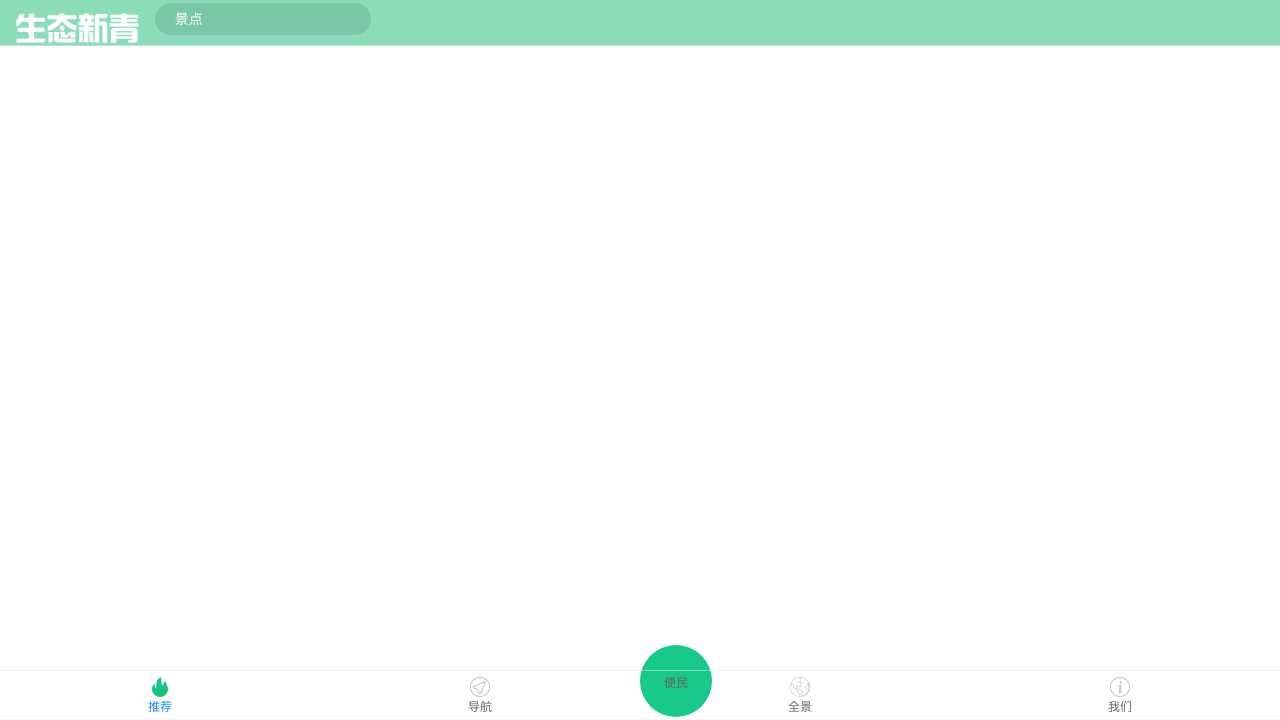
Repository: huye123/stcq
Page: /
The author's editor kept a copy of each file at every save. The page is drawn from the files as they stood at one save, then again after a run of saves.
The browser window is 1280 px wide. The pictures show the whole page.
The project was rebuilt for these pictures with package versions that can differ from the ones it lists, and the page was loaded fresh each time. Also part of the build but not shown: src/components/search.vue.

Above is the page before, as saved 2019-06-28 16:33:14.

### index.html
<!DOCTYPE html>
<html>
  <head>
    <meta charset="utf-8">
    <meta name="viewport" content="width=device-width,initial-scale=1.0">
    <title>stcqapp</title>
  </head>
  <body>
    <div id="app"></div>
    <!-- built files will be auto injected -->
  </body>
</html>

### src/main.js
// The Vue build version to load with the `import` command
// (runtime-only or standalone) has been set in webpack.base.conf with an alias.
import Vue from 'vue'
import App from './App'
import router from './router'
import Vant from 'vant';
import 'vant/lib/index.css';
Vue.use(Vant)

Vue.config.productionTip = false

// require('src\style\index.less')
/* eslint-disable no-new */
new Vue({
  el: '#app',
  router,
  components: { App },
  template: '<App/>'
})

### src/App.vue
<template>
  <div id="app">
     <router-view/>
  <van-tabbar v-model="active">
  <van-tabbar-item >
    <span>推荐</span>
    <img
      slot="icon"
      slot-scope="props"
      :src="props.active ? icon.active : icon.normal"
    >
  </van-tabbar-item>
  <van-tabbar-item >
    <span>导航</span>
    <img
      slot="icon"
      slot-scope="search"
      :src="search.active ? icon.active1 : icon.navigation"
    >
  </van-tabbar-item>
  <van-tabbar-item  class="bianmin">
    <span>便民</span>
  </van-tabbar-item>
  <van-tabbar-item >
    <span>全景</span>
    <img
      slot="icon"
      slot-scope="panorama"
      :src="panorama.active ? icon.active3 : icon.panorama"
    >
  </van-tabbar-item>
  <van-tabbar-item >
    <span>我们</span>
    <img
      slot="icon"
      slot-scope="user"
      :src="user.active ? icon.active4 : icon.user"
    >
  </van-tabbar-item>
  <!-- <van-tabbar-item icon="search">标签</van-tabbar-item>
  <van-tabbar-item icon="setting-o">标签</van-tabbar-item>
  <van-tabbar-item icon="search">标签</van-tabbar-item> -->
</van-tabbar>
  </div>
</template>

<script>
export default {
  name: 'App',
  data() {
    return {
      active: 0,
      icon: {
        normal: 'static/image/tuijian-n.png',
        active: 'static/image/tuijian-s.png',
        navigation: 'static/image/daolan-n.png',
        active1: 'static/image/daolan-s.png',
        panorama: 'static/image/quanjing-n.png',
        active3: 'static/image/quanjing-s.png',
        user: 'static/image/women-n.png',
        active4: 'static/image/women-s.png'
      },
      //  iconNav: {
      //   normal: 'static/image/daolan-n.png',
      //   active: 'static/image/daolan-s.png'
      // }
    }
  },
}
</script>

<style>
#app {
  font-family: 'Avenir', Helvetica, Arial, sans-serif;
  -webkit-font-smoothing: antialiased;
  -moz-osx-font-smoothing: grayscale;
  text-align: center;
  color: #2c3e50;
  margin-top: 60px;
}
.bianmin{
      background: #18c98a;
    border-radius: 50%;
    /* width: 100%; */
    height: 72px;
    width: 72px;
    position: absolute;
    top: -50%;
    left: 50%;

}
</style>

### src/router/index.js
import Vue from 'vue'
import Router from 'vue-router'
import HelloWorld from '@/components/HelloWorld'
import Search from '@/components/search'

Vue.use(Router)

export default new Router({
  routes: [
    {
      path: '/',
      name: 'HelloWorld',
      component: HelloWorld
    },
    {
      path: '@/components/search',
      name: 'search',
      meta: {
       title: '搜索',
      },
     }

  ]
})

### src/components/HelloWorld.vue
<template>
  <div class="hello">
    <van-nav-bar fixed class="index">
      <div slot="left">
        <!-- <span class="title">生态新青</span> -->
        <van-col span="8" class="logo">
          <img src="../../static/image/logo.png" alt="">
        </van-col>
        <router-link :to="{ name: '搜索'}">
          <van-col span="14" class="indexBtn" :offset="1">
            <button>景点</button>
          </van-col>
        </router-link>
      </div>
  <!-- <van-icon name="search" slot="right" /> -->
</van-nav-bar>
  </div>
</template>

<script>
export default {
  name: 'HelloWorld',
  data () {
    return {

    }
  }
}
</script>

<!-- Add "scoped" attribute to limit CSS to this component only -->

<style scoped>
 .index{
   background-color: rgba(25, 186, 117, 0.5);
   /* opacity: 0.5; */

 }
  .logo img{
     width: 100%;
      display: block;
      margin-top: 10px;

   }
   .indexBtn button{
     background-color:  rgba(105, 184, 153, 0.5);
     border: 0px;
     width: 100%;
     border-radius: 25px;
     line-height: 30px;
     color: #fff;
     text-align: left;
     padding-left: 20px;
   }

</style>

After the next 7 saves:
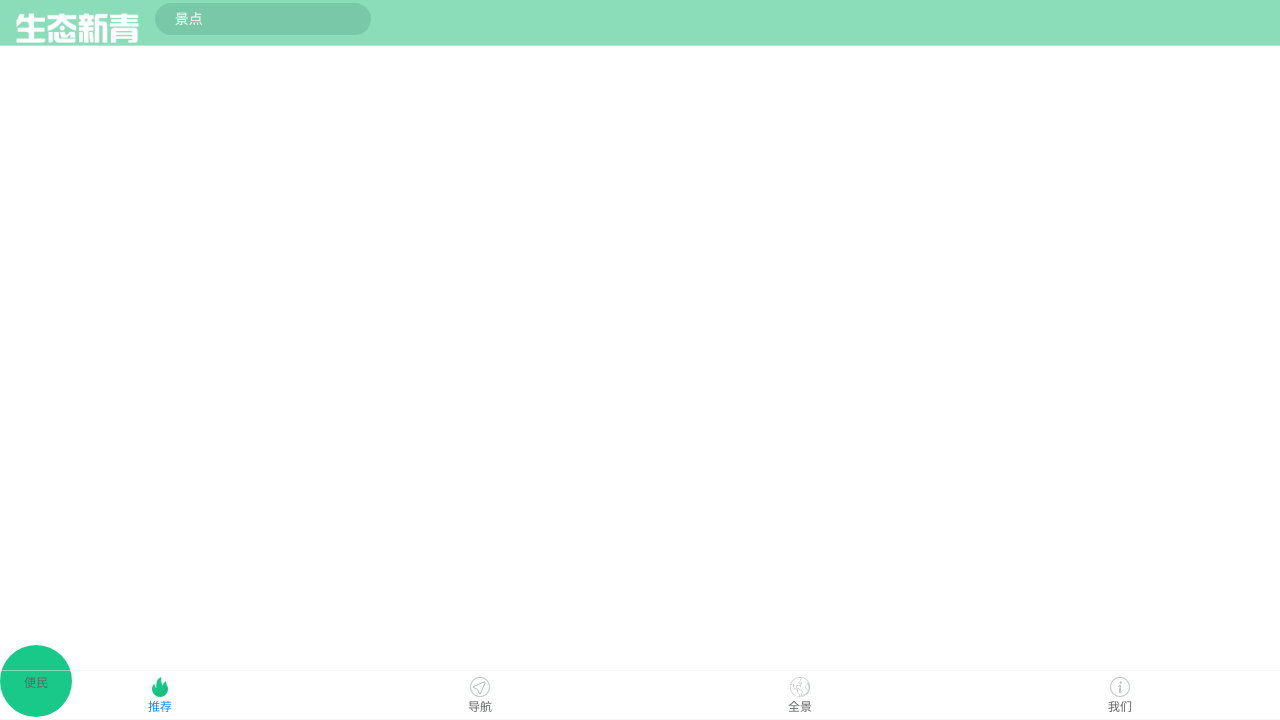
The 7 saves are shown as one change because they came seconds apart.
The last was saved 34 s later.
--- a/src/App.vue
+++ b/src/App.vue
@@ -86,7 +86,7 @@ export default {
     width: 72px;
     position: absolute;
     top: -50%;
-    left: 50%;
+    left: cala(50% - 72px);
 
 }
 </style>
